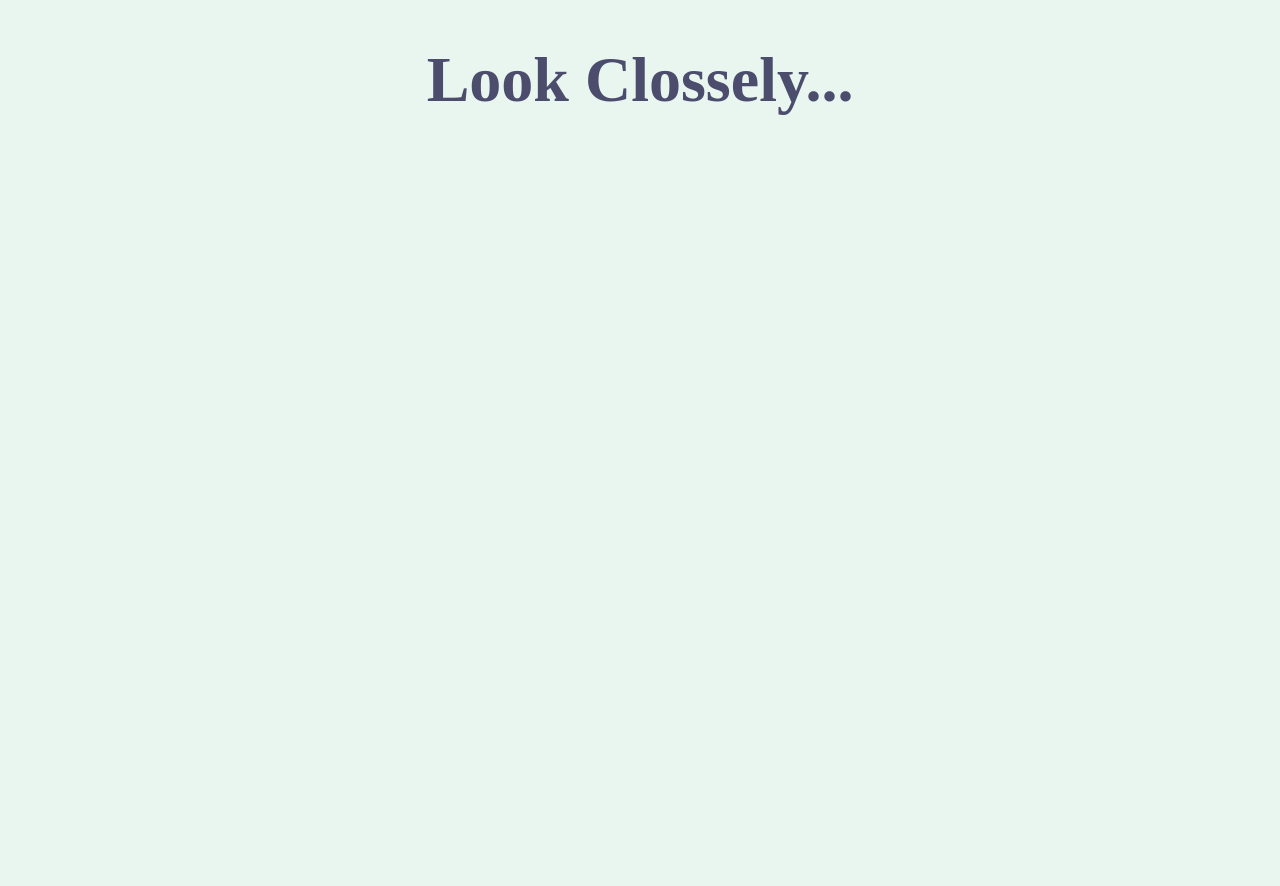
Repository: neomort/comm-lab-vid-site
Page: credits.html
An editor plug-in stored every save of this project. The page is shown before and after the next save, followed by the edit.
The browser window is 1280 px wide. The pictures show the whole page.

Above is the page before, as saved 2021-09-23 16:41:19.

After the next save:
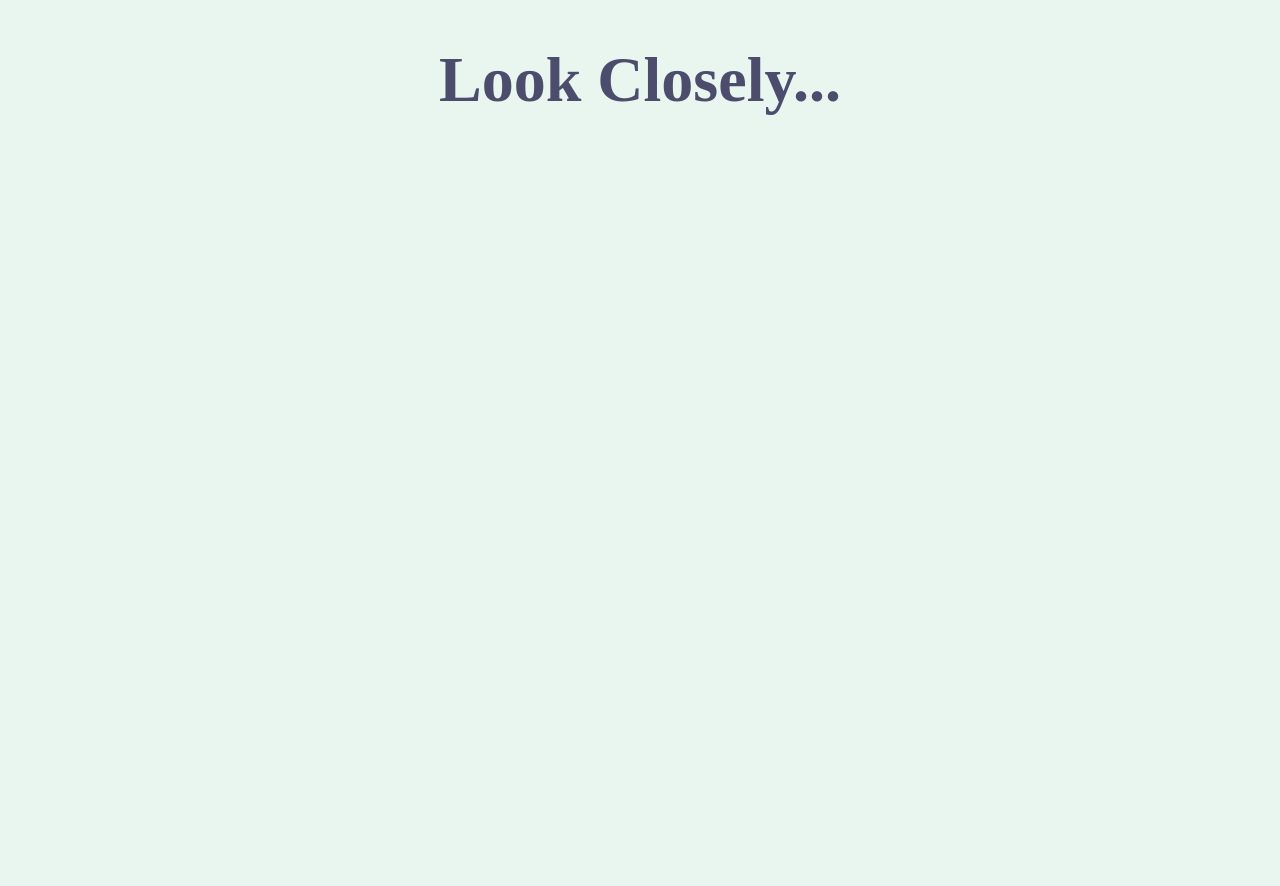
Saved 33 s later.
--- a/credits.html
+++ b/credits.html
@@ -8,7 +8,7 @@
 
 <body class="bg-2">
   <div >
-    <h1 class="header-text text-dark font">Look Clossely...<h1>
+    <h1 class="header-text text-dark font">Look Closely...<h1>
       <div class="default-margin">
         <div class="row">
           <a class="bar" href="watch.html">
